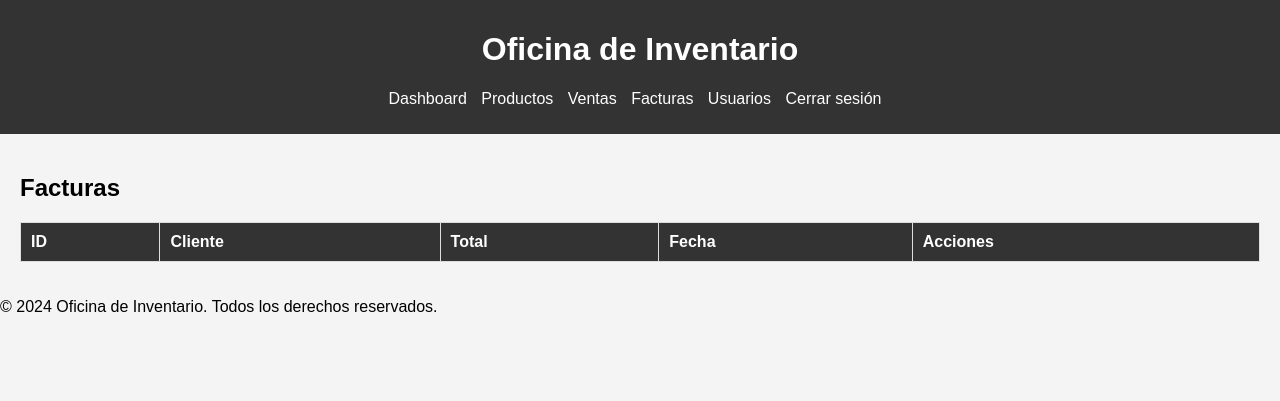
Repository: Connie75/Inventario
Page: http://localhost/views/invoices.php
These files come from the project's save history. The page is drawn as it stood at one moment and after the next save; the edit follows.
The browser window is 1280 px wide. The pictures show the whole page.
The page is run by PHP 8.4 with error messages shown; the project is at /var/www/html/. The session is filled in as if someone had signed in: {"id": 1, "rol": "admin"}. Other server files are loaded and not shown. Queries for data that is not in the repository find no rows.

Above is the page before, as saved 2024-07-31 19:54:44.

### views/invoices.php
<?php
session_start();
include '../includes/header.php';
include '../includes/db.php';

// Verificar si el usuario está logueado
if (!isset($_SESSION['id'])) {
    header("Location: ../login.php");
    exit();
}

// Consulta para obtener las facturas junto con los nombres de los clientes
$query = "
    SELECT facturas.id, clientes.nombre AS cliente_nombre, facturas.total, facturas.fecha
    FROM facturas
    JOIN clientes ON facturas.cliente_id = clientes.id
";
$result = $conn->query($query);

if (!$result) {
    die("Error en la consulta: " . $conn->error);
}
?>

<!DOCTYPE html>
<html lang="es">
<head>
    <meta charset="UTF-8">
    <title>Facturas</title>
    <link rel="stylesheet" href="../styles.css">
</head>
<body>
    <div class="container">
        <h2>Facturas</h2>
        <table>
            <thead>
                <tr>
                    <th>ID</th>
                    <th>Cliente</th>
                    <th>Total</th>
                    <th>Fecha</th>
                    <th>Acciones</th>
                </tr>
            </thead>
            <tbody>
                <?php while ($row = $result->fetch_assoc()): ?>
                    <tr>
                        <td><?php echo $row['id']; ?></td>
                        <td><?php echo $row['cliente_nombre']; ?></td>
                        <td><?php echo $row['total']; ?></td>
                        <td><?php echo $row['fecha']; ?></td>
                        <td>
                            <a href="edit_invoice.php?id=<?php echo $row['id']; ?>">Editar</a>
                            <a href="../actions/delete_invoice.php?id=<?php echo $row['id']; ?>" onclick="return confirm('¿Estás seguro de que deseas eliminar esta factura?');">Eliminar</a>
                        </td>
                    </tr>
                <?php endwhile; ?>
            </tbody>
        </table>
    </div>
</body>
</html>

<?php
$conn->close();
include '../includes/footer.php';
?>

### includes/header.php
<!-- includes/header.php -->
<!DOCTYPE html>
<html lang="es">
<head>
    <meta charset="UTF-8">
    <meta name="viewport" content="width=device-width, initial-scale=1.0">
    <title>Oficina de Inventario</title>
    <link rel="stylesheet" href="../css/styles.css">
    <script src="../js/scripts.js" defer></script>
</head>
<body>
    <header>
        <h1>Oficina de Inventario</h1>
        <nav>
            <ul>
                <li><a href="../views/dashboard.php">Dashboard</a></li>
                <li><a href="../views/products.php">Productos</a></li>
                <li><a href="../views/sales.php">Ventas</a></li>
                <li><a href="../views/invoices.php">Facturas</a></li>
                <?php if (isset($_SESSION['rol']) && $_SESSION['rol'] == 'admin'): ?>
                    <li><a href="../views/users.php">Usuarios</a></li>
                <?php endif; ?>
                <li><a href="../actions/logout.php">Cerrar sesión</a></li>
            </ul>
        </nav>
    </header>
    <main>
    <?php if (isset($_SESSION['message'])): ?>
            <div class="message <?php echo $_SESSION['message_type']; ?>">
                <?php
                    echo $_SESSION['message'];
                    unset($_SESSION['message']);
                    unset($_SESSION['message_type']);
                ?>
            </div>
        <?php endif; ?>

### includes/db.php
<?php
// db.php
$servername = "localhost";
$username = "root";
$password = "Azurro49.";
$dbname = "inventario";

// Crear conexión
$conn = new mysqli($servername, $username, $password, $dbname);

// Verificar conexión
if ($conn->connect_error) {
    die("Error en la conexión: " . $conn->connect_error);
}
?>

### includes/footer.php
<!-- includes/footer.php -->
</main>
    <footer>
        <p>&copy; 2024 Oficina de Inventario. Todos los derechos reservados.</p>
    </footer>
</body>
</html>

### CSS/Styles.css
/* css/style.css */
body {
    font-family: Arial, sans-serif;
    background-color: #f4f4f4;
    margin: 0;
    padding: 0;
}

header {
    background-color: #333;
    color: #fff;
    padding: 10px 0;
    text-align: center;
}

nav ul {
    list-style: none;
    padding: 0;
}

nav ul li {
    display: inline;
    margin-right: 10px;
}

nav ul li a {
    color: #fff;
    text-decoration: none;
}

main {
    padding: 20px;
}

table {
    width: 100%;
    border-collapse: collapse;
    margin-top: 20px;
}

table, th, td {
    border: 1px solid #ddd;
}

th, td {
    padding: 10px;
    text-align: left;
}

th {
    background-color: #333;
    color: #fff;
}

### js/Scripts.js
// js/scripts.js

document.addEventListener('DOMContentLoaded', function () {
    // Validación de formularios
    var forms = document.querySelectorAll('form');

    forms.forEach(function (form) {
        form.addEventListener('submit', function (event) {
            var inputs = form.querySelectorAll('input[required], textarea[required], select[required]');
            var valid = true;

            inputs.forEach(function (input) {
                if (!input.value) {
                    input.style.borderColor = 'red';
                    valid = false;
                } else {
                    input.style.borderColor = 'initial';
                }
            });

            if (!valid) {
                event.preventDefault();
                alert('Por favor, rellena todos los campos obligatorios.');
            }
        });
    });

    // Actualización dinámica de cantidad de productos
    var cantidadInputs = document.querySelectorAll('input[name="cantidad"]');
    var precioInputs = document.querySelectorAll('input[name="precio"]');
    var totalDisplay = document.querySelector('#total');

    cantidadInputs.forEach(function (cantidadInput) {
        cantidadInput.addEventListener('input', actualizarTotal);
    });

    precioInputs.forEach(function (precioInput) {
        precioInput.addEventListener('input', actualizarTotal);
    });

    function actualizarTotal() {
        var cantidad = parseFloat(cantidadInputs[0].value) || 0;
        var precio = parseFloat(precioInputs[0].value) || 0;
        var total = cantidad * precio;

        if (totalDisplay) {
            totalDisplay.textContent = 'Total: $' + total.toFixed(2);
        }
    }

    // Mostrar/ocultar contraseña
    var togglePassword = document.querySelector('#togglePassword');
    var passwordInput = document.querySelector('input[name="password"]');

    if (togglePassword && passwordInput) {
        togglePassword.addEventListener('click', function () {
            var type = passwordInput.getAttribute('type') === 'password' ? 'text' : 'password';
            passwordInput.setAttribute('type', type);
            this.textContent = type === 'password' ? 'Mostrar' : 'Ocultar';
        });
    }
});

After the next save:
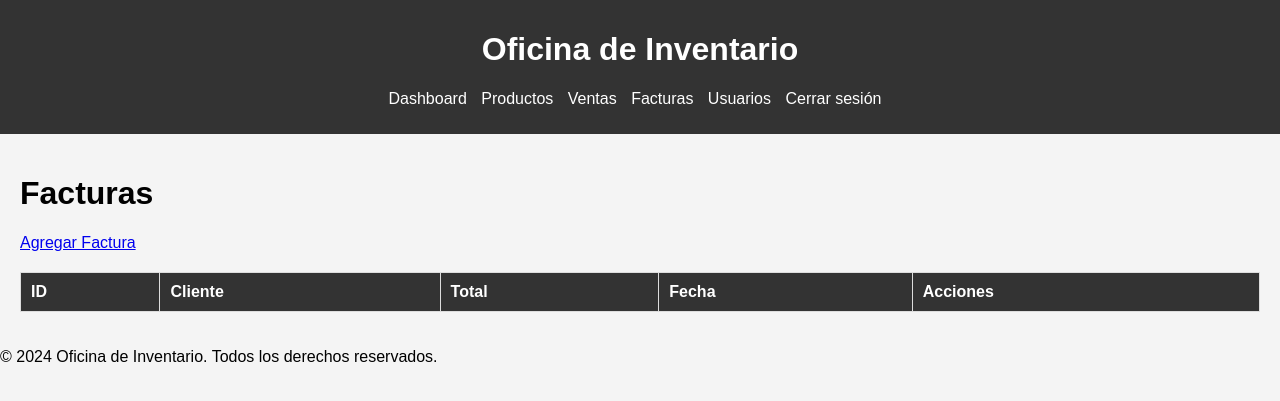
Saved 34 min 17 s later.
--- a/views/invoices.php
+++ b/views/invoices.php
@@ -1,24 +1,16 @@
 <?php
 session_start();
-include '../includes/header.php';
-include '../includes/db.php';
+include("../includes/header.php");
+include("../includes/db.php");
 
-// Verificar si el usuario está logueado
-if (!isset($_SESSION['id'])) {
-    header("Location: ../login.php");
-    exit();
-}
+// Consulta SQL para obtener las facturas junto con los detalles del cliente
+$sql = "SELECT facturas.id, clientes.nombre AS cliente_nombre, facturas.total, facturas.fecha
+        FROM facturas
+        JOIN clientes ON facturas.cliente_id = clientes.id";
+$result = $conn->query($sql);
 
-// Consulta para obtener las facturas junto con los nombres de los clientes
-$query = "
-    SELECT facturas.id, clientes.nombre AS cliente_nombre, facturas.total, facturas.fecha
-    FROM facturas
-    JOIN clientes ON facturas.cliente_id = clientes.id
-";
-$result = $conn->query($query);
-
-if (!$result) {
-    die("Error en la consulta: " . $conn->error);
+if ($result === false) {
+    die("Error al ejecutar la consulta: " . $conn->error);
 }
 ?>
 
@@ -26,42 +18,41 @@ if (!$result) {
 <html lang="es">
 <head>
     <meta charset="UTF-8">
+    <meta name="viewport" content="width=device-width, initial-scale=1.0">
     <title>Facturas</title>
-    <link rel="stylesheet" href="../styles.css">
+    <link rel="stylesheet" href="../css/styles.css">
 </head>
 <body>
-    <div class="container">
-        <h2>Facturas</h2>
-        <table>
-            <thead>
+    <h1>Facturas</h1>
+    <a href="add_invoice.php">Agregar Factura</a>
+    <table>
+        <thead>
+            <tr>
+                <th>ID</th>
+                <th>Cliente</th>
+                <th>Total</th>
+                <th>Fecha</th>
+                <th>Acciones</th>
+            </tr>
+        </thead>
+        <tbody>
+            <?php while ($factura = $result->fetch_assoc()): ?>
                 <tr>
-                    <th>ID</th>
-                    <th>Cliente</th>
-                    <th>Total</th>
-                    <th>Fecha</th>
-                    <th>Acciones</th>
+                    <td><?php echo htmlspecialchars($factura['id']); ?></td>
+                    <td><?php echo htmlspecialchars($factura['cliente_nombre']); ?></td>
+                    <td><?php echo htmlspecialchars($factura['total']); ?></td>
+                    <td><?php echo htmlspecialchars($factura['fecha']); ?></td>
+                    <td>
+                        <a href="edit_invoice.php?id=<?php echo htmlspecialchars($factura['id']); ?>">Editar</a>
+                        <a href="../actions/delete_invoice.php?id=<?php echo htmlspecialchars($factura['id']); ?>">Eliminar</a>
+                    </td>
                 </tr>
-            </thead>
-            <tbody>
-                <?php while ($row = $result->fetch_assoc()): ?>
-                    <tr>
-                        <td><?php echo $row['id']; ?></td>
-                        <td><?php echo $row['cliente_nombre']; ?></td>
-                        <td><?php echo $row['total']; ?></td>
-                        <td><?php echo $row['fecha']; ?></td>
-                        <td>
-                            <a href="edit_invoice.php?id=<?php echo $row['id']; ?>">Editar</a>
-                            <a href="../actions/delete_invoice.php?id=<?php echo $row['id']; ?>" onclick="return confirm('¿Estás seguro de que deseas eliminar esta factura?');">Eliminar</a>
-                        </td>
-                    </tr>
-                <?php endwhile; ?>
-            </tbody>
-        </table>
-    </div>
+            <?php endwhile; ?>
+        </tbody>
+    </table>
 </body>
 </html>
-
 <?php
 $conn->close();
-include '../includes/footer.php';
+include("../includes/footer.php");
 ?>
